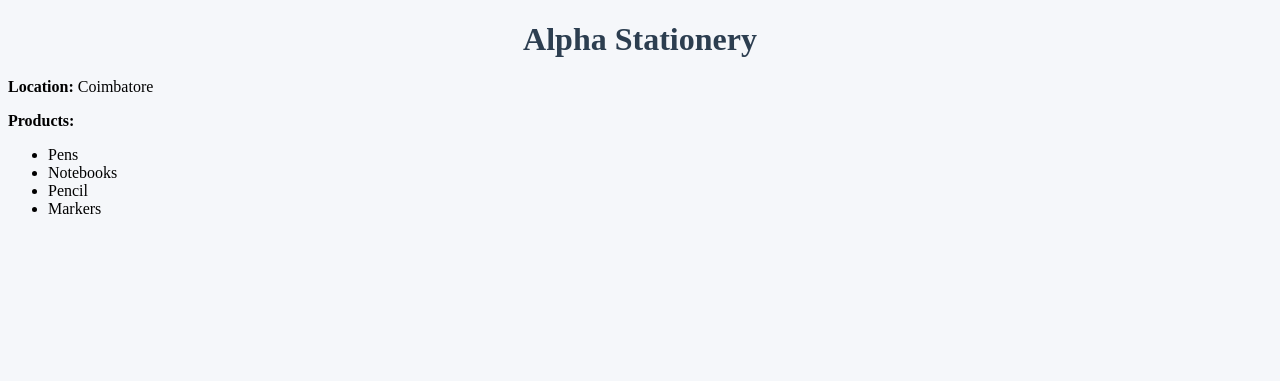
Repository: Pavithra-09git/CarSort
Page: /shop/1
These files come from the project's save history. The page is drawn as it stood at one moment and after the next save; the edit follows.
The browser window is 1280 px wide. The pictures show the whole page.
The project was rebuilt for these pictures with package versions that can differ from the ones it lists, and the page was loaded fresh each time. Also part of the build but not shown: vite.config.js, src/assets/Component/Card.jsx, src/assets/Component/Home.jsx.

Above is the page before, as saved 2025-10-26 16:17:53.

### index.html
<!doctype html>
<html lang="en">
  <head>
    <meta charset="UTF-8" />
    <link rel="icon" type="image/svg+xml" href="/vite.svg" />
    <meta name="viewport" content="width=device-width, initial-scale=1.0" />
    <title>table</title>
  </head>
  <body>
    <div id="root"></div>
    <script type="module" src="/src/main.jsx"></script>
  </body>
</html>

### src/main.jsx
import { StrictMode } from 'react';
import { createRoot } from 'react-dom/client';
import Router from './Router.jsx'; // this already includes RouterProvider

createRoot(document.getElementById('root')).render(
  <StrictMode>
    <Router />
  </StrictMode>
);

### src/Router.jsx
import React from 'react';
import { createBrowserRouter, RouterProvider } from 'react-router-dom';
import App from './App';
import Home from './assets/Component/Home';
import CardDetailPage from './assets/Component/CardDetailPage';

const router = createBrowserRouter([
  {
    path: '/',
    element: <App />,
    children: [
      { index: true, element: <Home /> },
      { path: 'shop/:id', element: <CardDetailPage /> },
    ],
  },
]);

const Router = () => <RouterProvider router={router} />;

export default Router;
export { router };

### src/App.jsx
import React from "react";
import { Outlet } from "react-router-dom";
import './App.css'

function App() {
  return (
    <div>
      {/* You can add a header here if needed */}
      <Outlet /> {/* This renders Home or CardDetailPage */}
    </div>
  );
}

export default App;

### src/assets/Component/CardDetailPage.jsx
// import React from 'react';
// import { useParams } from 'react-router-dom';
// import { shops } from '../../data';

// const CardDetailPage = () => {
//   const { id } = useParams();
//   const shop = shops.find((s) => s.id === Number(id));

//   if (!shop) return <p>Shop not found</p>;

//   return (
//     <div className="card-detail-page">
//       <h1>{shop.name}</h1>
//       <p><strong>Location:</strong> {shop.location}</p>
// <p>
//   <strong>Products:</strong> {shop.products.map(p => p.name).join(", ")}
// </p>

//     </div>
//   );
// };

// export default CardDetailPage;
import React from 'react';
import { useParams } from 'react-router-dom';
import { shops } from '../../data';


const CardDetailPage = () => {
  const { id } = useParams();
  const shop = shops.find((s) => s.id === Number(id));

  if (!shop) return <p className="not-found">Shop not found</p>;

  return (
    <div className="card-detail-page">
      <h1>{shop.name}</h1>
      <p><strong>Location:</strong> {shop.location}</p>
      <div className="product-list">
        <strong>Products:</strong>
        <ul>
          {shop.products.map((p, index) => (
            <li key={index}>{p.name}</li>
          ))}
        </ul>
      </div>
    </div>
  );
};

export default CardDetailPage;

### src/App.css
/* Main container */
.container {
  min-height: 100vh;
  background-color: #f7f8fa;
  display: flex;
  flex-direction: column;
  align-items: center;
  padding: 40px 20px;
  font-family: "Poppins", sans-serif;
}

/* Title */
h1 {
  color: #2c3e50;
  margin-bottom: 20px;
  font-size: 2rem;
  text-align: center;
}

/* Search bar */
.search-box {
  width: 100%;
  max-width: 400px;
  padding: 10px 15px;
  border: 1px solid #ccc;
  border-radius: 8px;
  outline: none;
  font-size: 16px;
  transition: 0.3s;
  margin-bottom: 30px;
}

.search-box:focus {
  border-color: #007bff;
  box-shadow: 0 0 5px rgba(0, 123, 255, 0.3);
}

/* Cards vertical layout */
.card-column {
  display: flex;
  flex-direction: column;
  align-items: center;
  gap: 20px;
  width: 100%;
  max-width: 700px;
}

/* Individual card */
.card {
  background-color: white;
  border-radius: 12px;
  box-shadow: 0 4px 10px rgba(0, 0, 0, 0.1);
  width: 100%;
  padding: 20px;
  transition: transform 0.3s ease, box-shadow 0.3s ease;
}

.card:hover {
  transform: translateY(-5px);
  box-shadow: 0 6px 15px rgba(0, 0, 0, 0.15);
}

/* Card text */
.card h2 {
  font-size: 1.2rem;
  color: #2d3436;
  margin-bottom: 10px;
}

.card p {
  font-size: 0.95rem;
  color: #555;
  margin: 6px 0;
}

/* No result text */
.no-result {
  color: #777;
  text-align: center;
  font-size: 1rem;
}
.search-form {
  display: flex;
  flex-wrap: wrap;
  gap: 10px;
  margin-bottom: 20px;
  align-items: center;
}

.youtube-search-box {
  display: flex;
  width: 350px; /* input + button total width */
  max-width: 100%;
}

.search-input {
  flex: 1;
  padding: 8px 12px;
  border: 1px solid #ccc;
  border-right: none;
  border-radius: 2px 0 0 2px;
  font-size: 14px;
}

.search-input:focus {
  outline: none;
  border-color: #007bff;
}

.search-button {
  padding: 8px 16px;
  border: 1px solid #007bff;
  background-color: #007bff;
  color: white;
  cursor: pointer;
  font-size: 14px;
  border-radius: 0 2px 2px 0;
  transition: background 0.3s;
}

.search-button:hover {
  background-color: #0056b3;
}

.reset-btn {
  padding: 8px 20px;
  background-color: #f44336;
  border: none;
  color: white;
  border-radius: 2px;
  cursor: pointer;
  font-size: 14px;
  transition: background 0.3s;
}

.reset-btn:hover {
  background-color: #c62828;
}


/* home */

.home-container {
  max-width: 800px; /* narrower for vertical cards */
  margin: auto;
  padding: 20px;
  font-family: 'Arial', sans-serif;
  background-color: #f5f7fa; /* soft background */
  min-height: 100vh;
}
body{
    background-color: #f5f7fa; /* soft background */
}

.home-title {
  text-align: center;
  font-size: 2.5rem;
  margin-bottom: 30px;
  color: #2a9d8f; /* teal color */
  text-shadow: 1px 1px 2px #a8dadc;
}

.search-form {
  display: flex;
  flex-direction: column;
  align-items: center;
  gap: 15px;
  margin-bottom: 30px;
}

.search-box-wrapper {
  display: flex;
  width: 100%;
  max-width: 500px;
}

.search-input {
  flex: 1;
  padding: 10px 15px;
  border-radius: 25px 0 0 25px;
  border: 2px solid #2a9d8f;
  outline: none;
  font-size: 1rem;
  transition: 0.3s;
}

.search-input:focus {
  border-color: #264653;
  box-shadow: 0 0 10px rgba(42, 157, 143, 0.4);
}

.search-button {
  padding: 10px 15px;
  border: 2px solid #2a9d8f;
  background-color: #2a9d8f;
  color: white;
  border-radius: 0 25px 25px 0;
  cursor: pointer;
  font-size: 1rem;
  transition: 0.3s;
}

.search-button:hover {
  background-color: #264653;
  border-color: #264653;
}

.reset-btn {
  padding: 8px 20px;
  border: 2px solid #888;
  background-color: white;
  color: #555;
  border-radius: 25px;
  cursor: pointer;
  font-weight: bold;
  transition: 0.3s;
}

.reset-btn:hover {
  background-color: #e0e0e0;
}

.cards-grid {
  display: flex;
  flex-direction: column; /* vertical alignment */
  gap: 20px;
}

.card {
  padding: 20px;
  border-radius: 12px;
  background: linear-gradient(135deg, #e9f5f5, #ffffff);
  box-shadow: 0 4px 10px rgba(0, 0, 0, 0.1);
  transition: transform 0.2s, box-shadow 0.2s;
}

.card:hover {
  transform: translateY(-5px);
  box-shadow: 0 6px 15px rgba(0, 0, 0, 0.15);
}

.card h2 {
  margin-bottom: 10px;
  color: #264653;
}

.card p {
  margin: 5px 0;
  color: #333;
}


/* detail[
page */

### src/data.js
export const shops = [
  {
    id: 1,
    name: "Alpha Stationery",
    location: "Coimbatore",
    products: [
      { name: "Pens", storePaidAmount: 12, normalRate: 10},
      { name: "Notebooks", storePaidAmount: 50, normalRate: 60 },
      { name: "Pencil", storePaidAmount: 5, normalRate: 10 },
      { name: "Markers", storePaidAmount: 20, normalRate: 25 },
    ],
  },
  {
    id: 2,
    name: "Eco Paper House",
    location: "Chennai",
    products: [
      { name: "Notebooks", storePaidAmount: 15, normalRate: 65 },
      { name: "Files", storePaidAmount: 35, normalRate: 40 },
      { name: "Diaries", storePaidAmount: 40, normalRate: 50 },
    ],
  },
  {
    id: 3,
    name: "Campus Stationers",
    location: "Erode",
    products: [
      { name: "Pens", storePaidAmount: 15, normalRate: 10},
      { name: "Notebooks", storePaidAmount: 20, normalRate: 70 },
      { name: "Markers", storePaidAmount: 25, normalRate: 30 },
    ],
  },
  {
    id: 4,
    name: "Paper World",
    location: "Chennai",
    products: [
      { name: "Files", storePaidAmount: 38, normalRate: 45 },
      { name: "Notebooks", storePaidAmount: 18, normalRate: 65 },
      { name: "Diaries", storePaidAmount: 45, normalRate: 50 },
    ],
  },
];

After the next save:
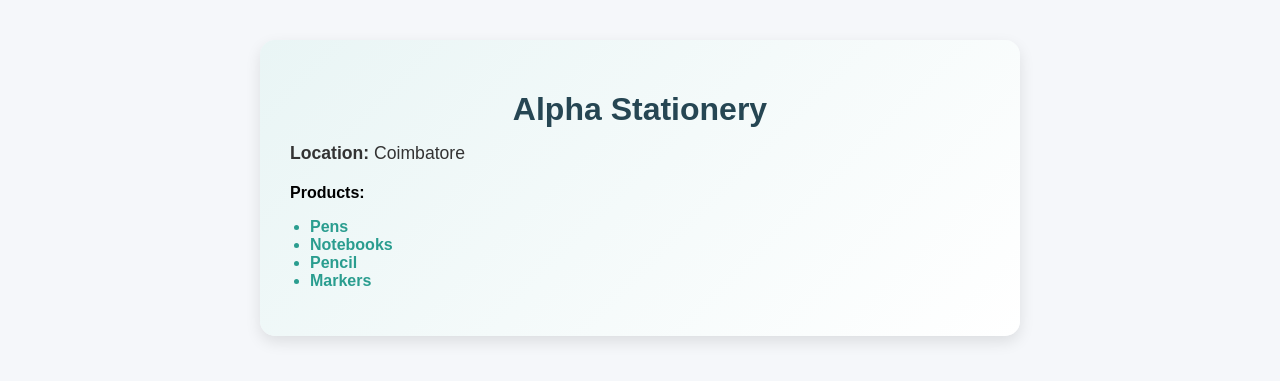
Saved 8 s later.
--- a/src/App.css
+++ b/src/App.css
@@ -252,3 +252,43 @@ body{
 
 /* detail[
 page */
+
+.card-detail-page {
+  max-width: 700px;
+  margin: 40px auto;
+  padding: 30px;
+  background: linear-gradient(135deg, #e9f5f5, #ffffff);
+  border-radius: 15px;
+  box-shadow: 0 6px 15px rgba(0, 0, 0, 0.1);
+  font-family: 'Arial', sans-serif;
+}
+
+.card-detail-page h1 {
+  color: #264653;
+  margin-bottom: 15px;
+  text-align: center;
+}
+
+.card-detail-page p {
+  font-size: 1.1rem;
+  color: #333;
+  margin: 8px 0;
+}
+
+.product-list {
+  margin-top: 20px;
+}
+
+.product-list ul {
+  list-style: disc;
+  padding-left: 20px;
+  color: #2a9d8f;
+  font-weight: bold;
+}
+
+.not-found {
+  text-align: center;
+  margin-top: 50px;
+  font-size: 1.5rem;
+  color: #e76f51;
+}
